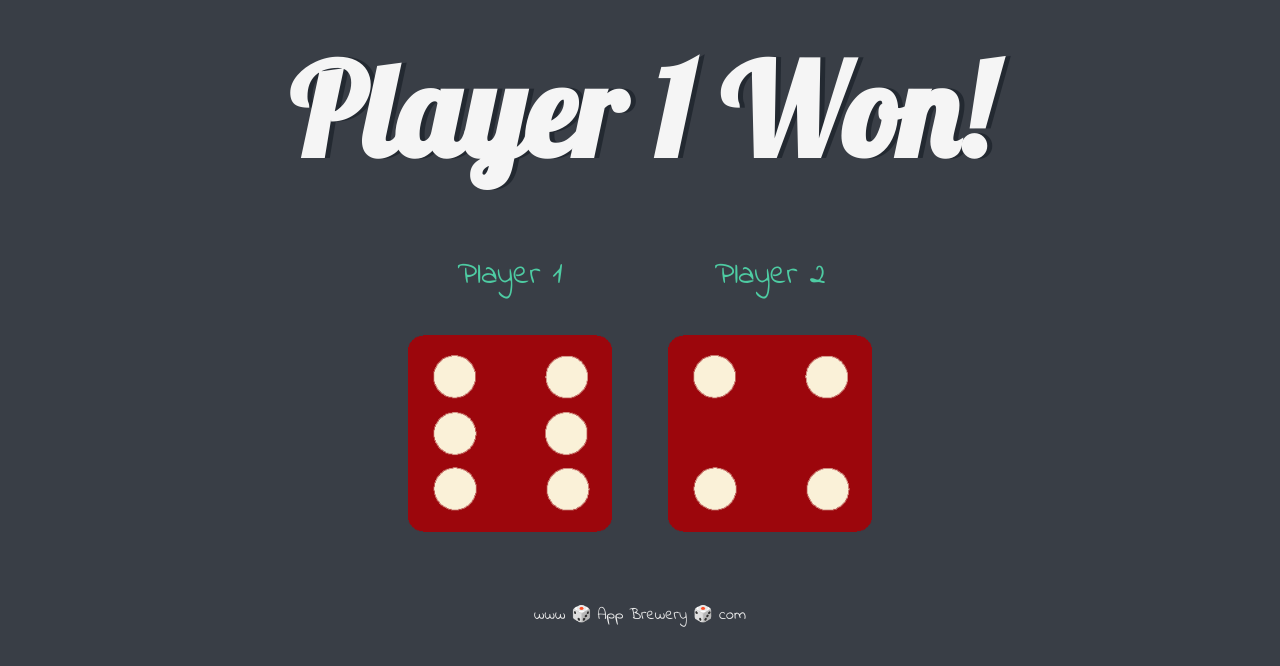
Repository: mjcanon4/dice--challenge
Page: dicee.html
These files come from the project's save history. The page is drawn as it stood at one moment and after the next save; the edit follows.
The browser window is 1280 px wide. The pictures show the whole page.

Above is the page before, as saved 2021-01-14 22:21:16.

After the next save:
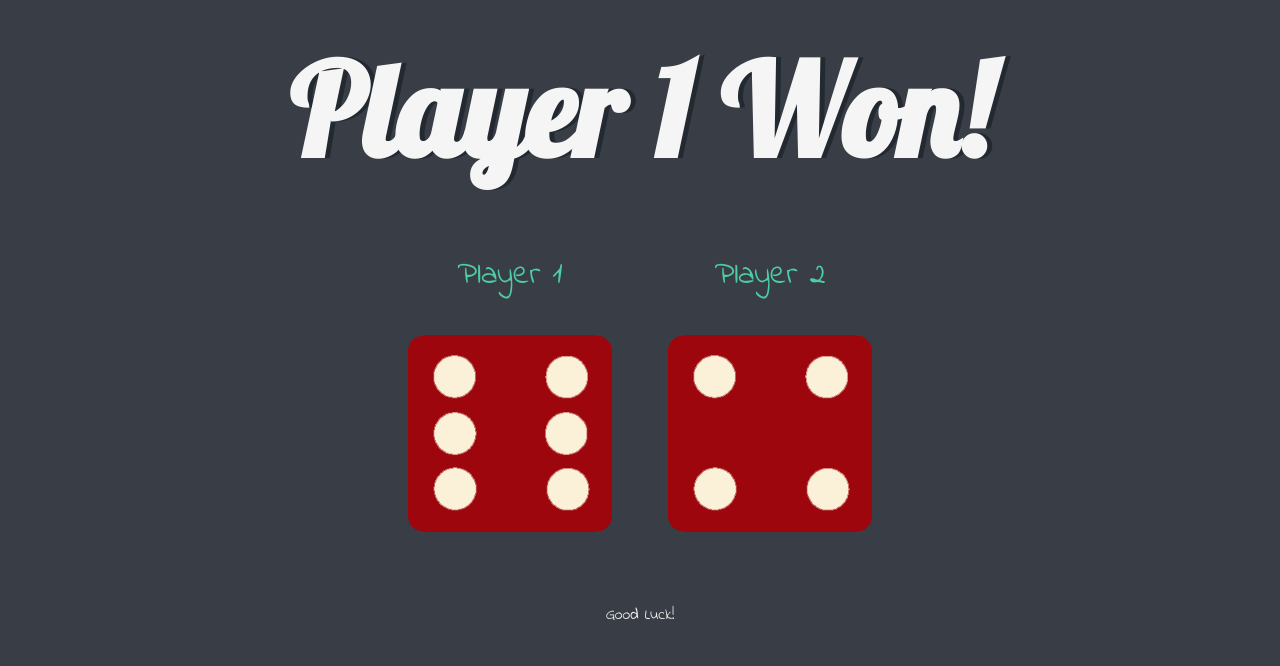
Saved 8 min 15 s later.
--- a/dicee.html
+++ b/dicee.html
@@ -1,33 +1,37 @@
 <!DOCTYPE html>
 <html lang="en" dir="ltr">
   <head>
-    <meta charset="utf-8">
+    <meta charset="utf-8" />
     <title>Dicee</title>
-    <link rel="stylesheet" href="styles.css">
-    <link href="https://fonts.googleapis.com/css?family=Indie+Flower|Lobster" rel="stylesheet">
-
+    <link rel="stylesheet" href="styles.css" />
+    <link
+      href="https://fonts.googleapis.com/css?family=Indie+Flower|Lobster"
+      rel="stylesheet"
+    />
   </head>
   <body>
-
     <div class="container">
       <h1>Refresh Me</h1>
 
       <div class="dice">
         <p>Player 1</p>
-        <img class="img1" src="/Users/michaelcanon/Dicee Challenge - Starting Files/images/dice6.png">
+        <img
+          class="img1"
+          src="/Users/michaelcanon/Dicee Challenge - Starting Files/images/dice6.png"
+        />
       </div>
 
       <div class="dice">
         <p>Player 2</p>
-        <img class="img2" src="/Users/michaelcanon/Dicee Challenge - Starting Files/images/dice6.png">
+        <img
+          class="img2"
+          src="/Users/michaelcanon/Dicee Challenge - Starting Files/images/dice6.png"
+        />
       </div>
-
     </div>
 
     <script src="index.js" charset="utf=8"></script>
   </body>
 
-  <footer>
-    www 🎲 App Brewery 🎲 com
-  </footer>
+  <footer>Good Luck!</footer>
 </html>
